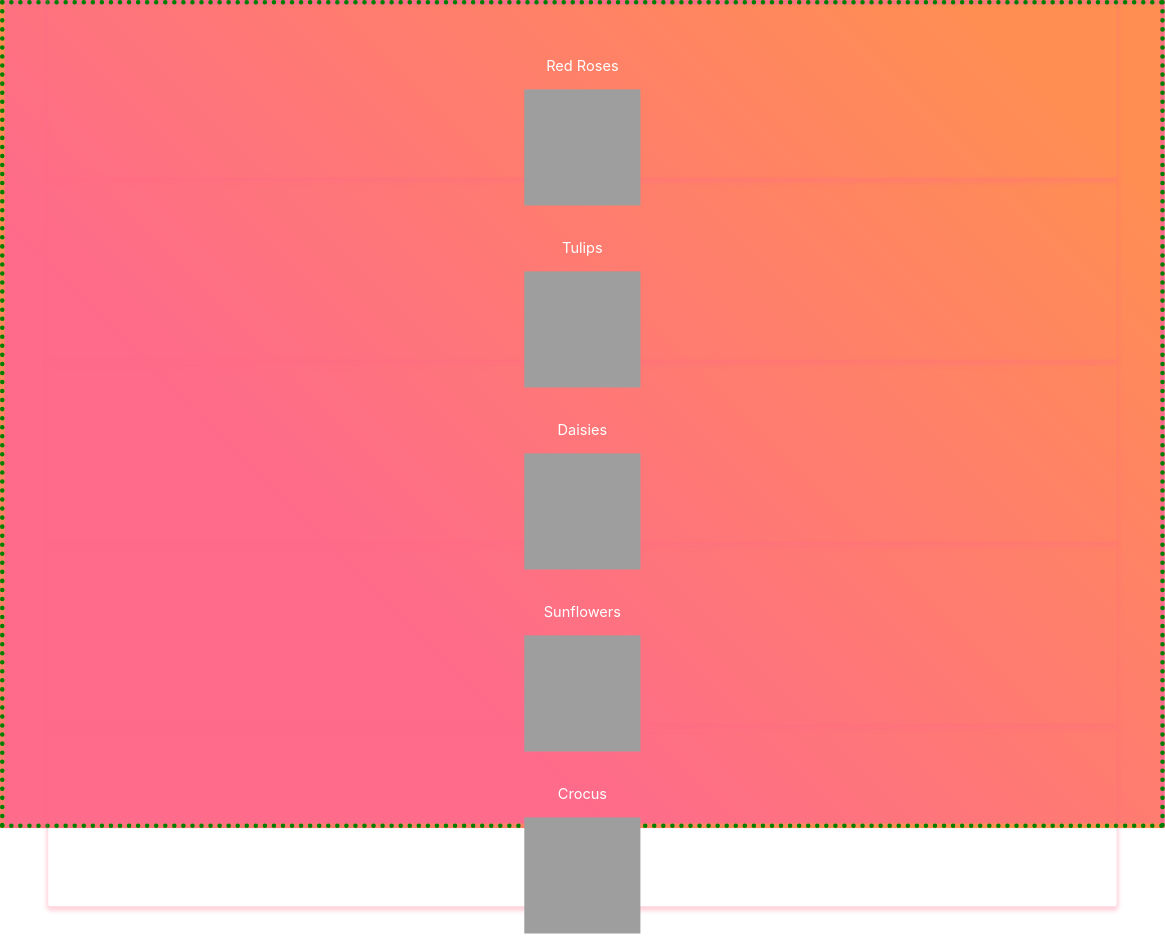
Repository: DevLuDaley/react-flower-shop
Page: /
The author's editor kept a copy of each file at every save. The page is drawn from the files as they stood at one save, then again after the next save.
The browser window is 1280 px wide. The pictures show the whole page, at 91% of full size.
Pictures or frames that could not be fetched are drawn as grey boxes. The project was rebuilt for these pictures with package versions that can differ from the ones it lists, and the page was loaded fresh each time. Also part of the build but not shown: src/Containers/FlowersContainer.js.

Above is the page before, as saved 2021-02-19 22:15:17.

After the next save:
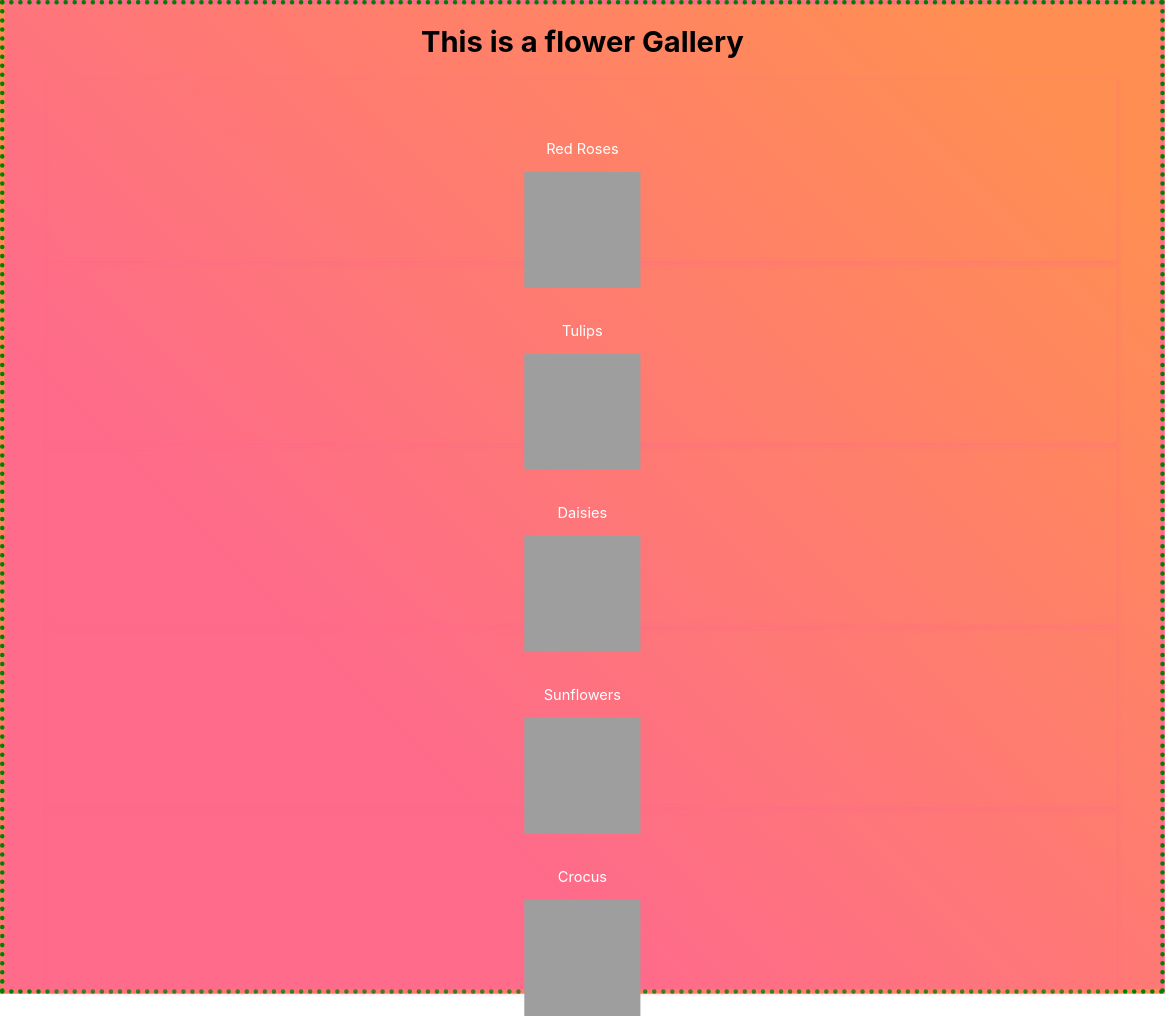
Saved 6 s later.
--- a/src/App.js
+++ b/src/App.js
@@ -16,7 +16,7 @@ const useStyles = makeStyles({
     justifyContent: 'center',
     alignItems: 'center',
     textAlign: 'center',
-    height: '900px',
+    // height: '900px',
     border: '5px dotted green',
     // padding: '50px'
   },
